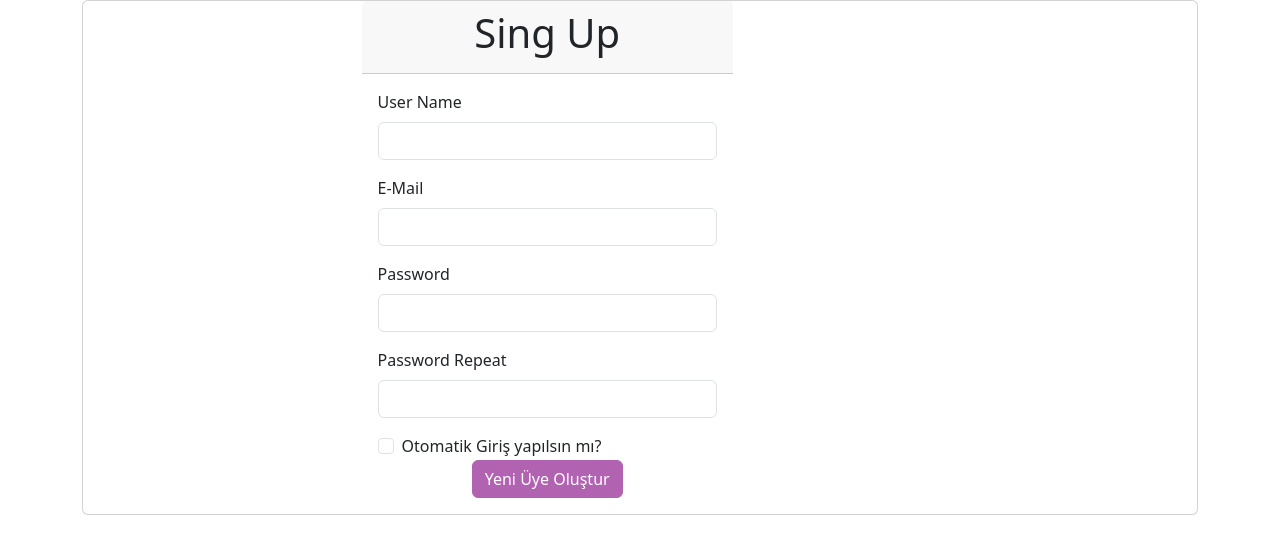
Repository: gursoyfahrettin20/startupProjectWeb
Page: /
The author's editor kept a copy of each file at every save. The page is drawn from the files as they stood at one save, then again after the next save.
The browser window is 1280 px wide. The pictures show the whole page.
The project was rebuilt for these pictures with package versions that can differ from the ones it lists, and the page was loaded fresh each time. Also part of the build but not shown: vite.config.js.

Above is the page before, as saved 2024-01-18 00:00:43.

### index.html
<!doctype html>
<html lang="en">
  <head>
    <meta charset="UTF-8" />
    <link rel="icon" type="image/svg+xml" href="/vite.svg" />
    <meta name="viewport" content="width=device-width, initial-scale=1.0" />
    <title>Başlangıç Projesi</title>
  </head>
  <body>
    <div id="root"></div>
    <script type="module" src="/src/index.jsx"></script>
  </body>
</html>

### src/index.jsx
import * as React from 'react';
import { StrictMode } from 'react';
import { createRoot } from 'react-dom/client';
import SignUp from "./pages/SignUp"
import './index.scss'

const rootElement = document.getElementById('root');
const root = createRoot(rootElement);

root.render(
  <StrictMode>
    <SignUp/>
  </StrictMode>,
)

### src/pages/SignUp/index.jsx
import React, { useState, useEffect } from 'react';
import _ from 'lodash';
import { Spin } from 'antd';
import { LoadingOutlined } from '@ant-design/icons';
import { singUp } from "../../api/apiCalls.js";
import { FormItem } from "../../components/formItem/formItem.jsx";

function index() {
    const [username, setUsername] = useState();
    const [email, setEmail] = useState();
    const [password, setPassword] = useState();
    const [passwordRepeat, setPasswordRepeat] = useState();
    const [succesMessage, setSuccesMessage] = useState();
    const [submittable, setSubmittable] = useState(false);
    const [apiProgress, setApiProgress] = useState(false);
    const [errors, setErrors] = useState({});
    const [generalErrors, setGeneralErrors] = useState({});

    useEffect(() => {
        setErrors({})
    }, [username])

    const onSubmit = async (event) => {
        event.preventDefault();
        setSuccesMessage();
        setGeneralErrors();
        setApiProgress(true);
        const data = {
            username: username,
            email: email,
            password: password
        };
        try {
            const response = await singUp(data);
            setSuccesMessage(response.data?.message)
            setUsername();
            setPassword();
            setPasswordRepeat();
            setEmail();
        } catch (responseError) {
            if (responseError.response?.data && responseError.response?.data.status === 400) {
                setErrors(responseError.response?.data.validationErrors)
            }
            else {
                setGeneralErrors("Tahmin Edilemeyen Hatalarda gösterilecektir. / Unexpected error occured. Pleace try again.");
            }
        } finally {
            setApiProgress(false);
        }
    }

    // TODO: Sign Up butonu disabled durumlarına bakıyor.
    useEffect(() => {
        let _submittable = false;
        if (_.isUndefined(password) || _.isNull(password) || _.isEmpty(password)) {
            _submittable = false;
        } else if (password === passwordRepeat) {
            _submittable = true;
        }
        setSubmittable(_submittable);
    });


    return (
        <div className='container'>
            <form className='card' onSubmit={onSubmit}>
                <div className='col-lg-4 offset-lg-3 col-sm-8 offset-sm-2'>
                    <div className='text-center card-header'>
                        <h1>Sing Up</h1>
                    </div>
                    <div className='card-body'>
                        <FormItem
                            name="username"
                            label="User Name"
                            errors={errors.username}
                            onChange={(e) => setUsername(e.target.value)}
                        />
                        <FormItem
                            name="email"
                            label="E-Mail"
                            errors={errors.email}
                            onChange={(e) => setEmail(e.target.value)}
                        />
                        <FormItem
                            name="password"
                            label="Password"
                            errors={errors.password}
                            type="password"
                            onChange={(e) => setPassword(e.target.value)}
                        />
                        <FormItem
                            name="passwordRepeat"
                            label="Password Repeat"
                            errors={errors.passwordRepeat}
                            type="password"
                            onChange={(e) => setPasswordRepeat(e.target.value)}
                        />
                        <div class="form-check">
                            <input className="form-check-input" type="checkbox" value="" id="flexCheckDefault"/>
                                <label className="form-check-label" for="flexCheckDefault">
                                   Otomatik Giriş yapılsın mı?
                                </label>
                        </div>
                        <div className='text-center'>
                            <button className='btn btn-primary' disabled={apiProgress ? apiProgress : !submittable}>
                                <Spin style={{ display: apiProgress ? "inline" : "none" }}
                                    indicator={<LoadingOutlined style={{ fontSize: 24, marginRight: 15 }} spin />} />
                                {apiProgress ? "Yeni Üye Oluşturuluyor..." : "Yeni Üye Oluştur"}
                            </button>
                        </div>
                    </div>
                </div>
            </form >
        </div >
    );
}
export default index;

### src/index.scss
$primary: #818;

@import "../node_modules/bootstrap/scss/bootstrap.scss";

### src/api/apiCalls.js
import axios from "axios";

export const changeLanguage = lang => {
    axios.defaults.headers['accept-language'] = lang;
}

export const getBaseUrl = () => {
     return import.meta.env.VITE_REACT_APP_REST_SERVICE_URL;
}

export const saveUser = body => {
    return axios.post(getBaseUrl() + '/users', body);
}

export const singUp = body => {
    return axios.post(getBaseUrl() + '/users', body);
}

export const login = data => {
    return axios.post(getBaseUrl() + '/auth', {}, {auth: data});
}

export const getUsers = (page, size) => {
    return axios.get(getBaseUrl() + `/users?currentPage=${page ? page : 0}&pageSize=${size ? size : 3}`);
}

export const setAuthorizationHeader = ({username, password, isLoggedIn}) => {
    if (isLoggedIn) {
        let authorizationHeaderValue = `Basic ${btoa(username + ':' + password)}`
        axios.defaults.headers['Authorization'] = authorizationHeaderValue;
    } else {
        delete axios.defaults.headers['Authorization'];
    }
}

export const getUser = (userName) => {
    return axios.get(getBaseUrl() + `/users/${userName}`);
}

export const updateUser = (userName, body) => {
    return axios.put(getBaseUrl() + `/users/${userName}`, body);
}

export const postHoax = hoax => {
    return axios.post(getBaseUrl() + "/hoaxes", hoax);
}

export const getHoaxes = (userName, page = 0) => {
    const path = userName ? `/users/${userName}/hoaxes?currentPage=` : "/hoaxes?currentPage="
    return axios.get(getBaseUrl() + path + page);
}

export const getOldHoaxes = (id, userName) => {
    const path = userName ? `/users/${userName}/hoaxes/${id}` : `/hoaxes/${id}`;
    return axios.get(getBaseUrl() + path);
}

### src/components/formItem/formItem.jsx
import React, { useState } from 'react';

export function FormItem({ name, label, onChange, errors, type }) {

    return (
        <div className='mb-3'>
            <label className='form-label' htmlFor={name}> {label} </label>
            <input id={name} className={errors ? 'form-control is-invalid' : 'form-control'} type={type ? type : "text"} onChange={onChange} />
            <div className='invalid-feedback'>{errors}</div>
        </div>
    );
}

export default FormItem;

After the next save:
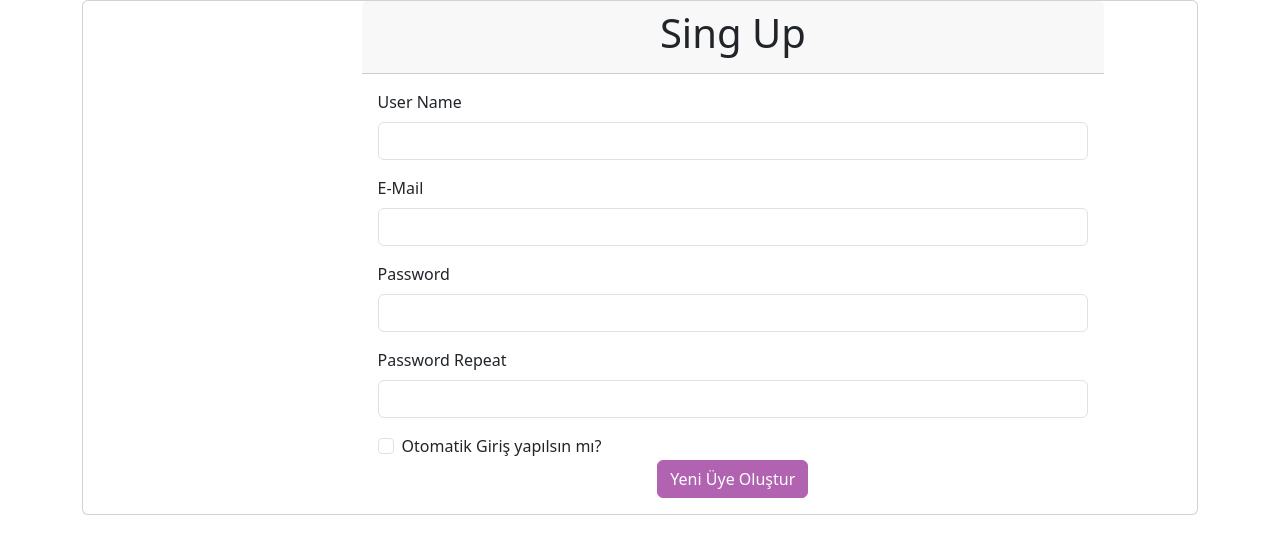
Saved 19 s later.
--- a/src/pages/SignUp/index.jsx
+++ b/src/pages/SignUp/index.jsx
@@ -64,7 +64,7 @@ function index() {
     return (
         <div className='container'>
             <form className='card' onSubmit={onSubmit}>
-                <div className='col-lg-4 offset-lg-3 col-sm-8 offset-sm-2'>
+                <div className='col-lg-8 offset-lg-3 col-sm-8 offset-sm-2'>
                     <div className='text-center card-header'>
                         <h1>Sing Up</h1>
                     </div>
